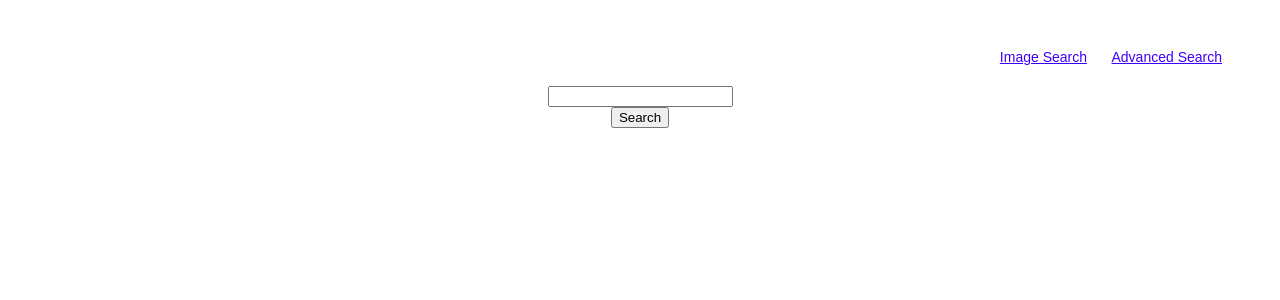
Repository: lyutok/cs50-search-project
Page: google.html
These files come from the project's save history. The page is drawn as it stood at one moment and after the next save; the edit follows.
The browser window is 1280 px wide. The pictures show the whole page.
The style sheet was rebuilt from its Sass, Less or Tailwind sources for each picture, by a compiler version that may differ from the author's.

Above is the page before, as saved 2025-07-05 19:09:18.

### google.html
<!DOCTYPE html>
<html lang="en">
<head>
    <meta name="viewport" content="width=device-width, initial-scale=1.0" charset="UTF-8">
    <title>Google Search</title>
    <link rel="stylesheet" href="styles.css">
    </head>
<body>
    <div>
        <a href="image.html">Image Search</a>
        <a href="advanced.html">Advanced Search</a>
    </div>
    <form action="https://www.google.com/search">
        <input type="text" name="q">
        <br>
        <button type="submit">Search</button>
    </form>
</body>
</html>

### styles.scss
$color: rgb(60, 0, 255);

a {
    font-size: 14px;
    color: $color;
    padding: 10px;
}

body {
    font-family: Arial, sans-serif;
    padding: 20px;
    text-align: center;

    div {
        text-align: right;
        padding: 20px;
    }
}

After the next save:
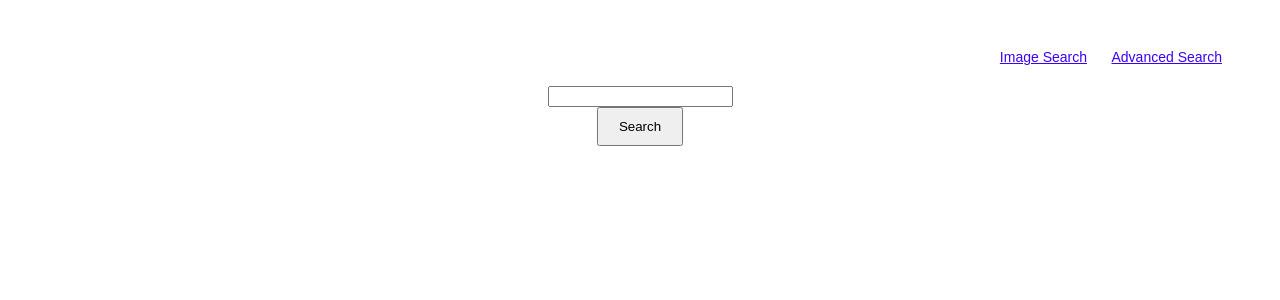
Saved 2 min 25 s later.
--- a/styles.scss
+++ b/styles.scss
@@ -16,3 +16,7 @@ body {
         padding: 20px;
     }
 }
+
+button {
+    padding: 10px 20px;
+}
